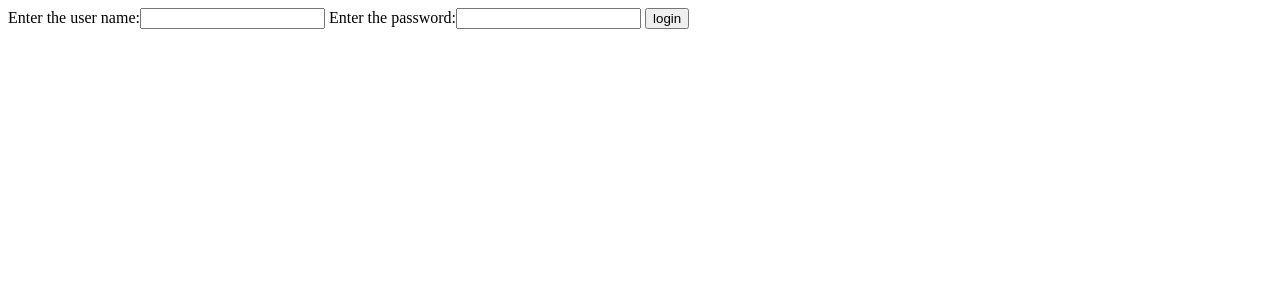
Repository: Tarun-raj1999/MyProjects
Page: Projects/AdvanceJavaProject1/src/main/webapp/index.html
The author's editor kept a copy of each file at every save. The page is drawn from the files as they stood at one save, then again after the next save.
The browser window is 1280 px wide. The pictures show the whole page.

Above is the page before, as saved 2024-07-11 07:44:20.

### Projects/AdvanceJavaProject1/src/main/webapp/index.html
<!DOCTYPE html>
<html>
<head>
<meta charset="UTF-8">
<title>Insert title here</title>
</head>
<body>
<form action="ServletOne" method="post">
Enter the user name:<input type="text" name="username"/>
Enter the password:<input type="password" name="password"/>
<button type="submit">login</button>
</form>
</body>
</html>

After the next save:
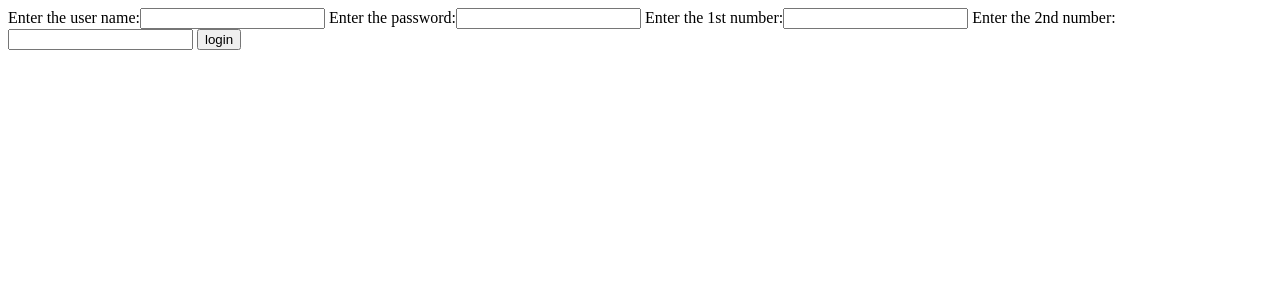
Saved 60 min 43 s later.
--- a/Projects/AdvanceJavaProject1/src/main/webapp/index.html
+++ b/Projects/AdvanceJavaProject1/src/main/webapp/index.html
@@ -8,6 +8,8 @@
 <form action="ServletOne" method="post">
 Enter the user name:<input type="text" name="username"/>
 Enter the password:<input type="password" name="password"/>
+Enter the 1st number:<input type="text" name="num1"/>
+Enter the 2nd number:<input type="text" name="num2"/>
 <button type="submit">login</button>
 </form>
 </body>
